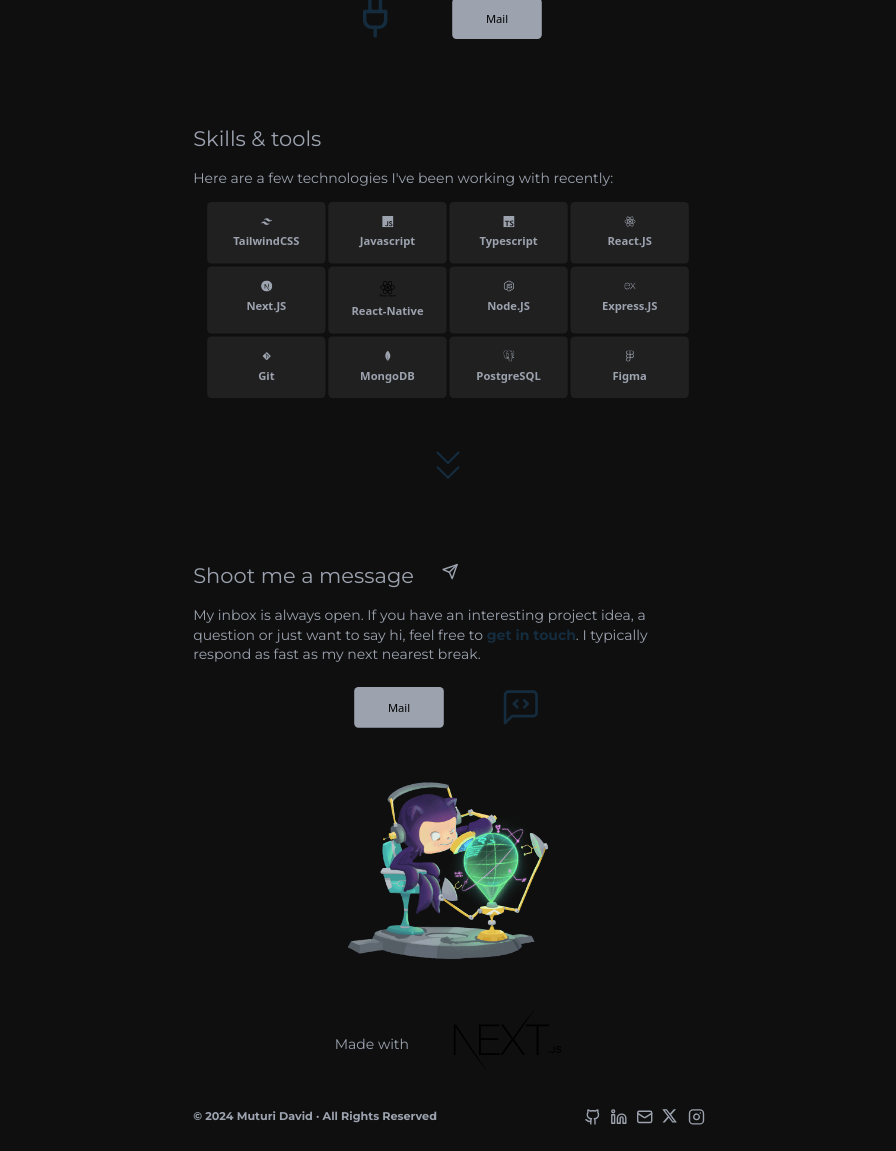
Repository: tushcmd/tushdev-portfolio
Page: /
These files come from the project's save history. The page is drawn as it stood at one moment and after the next save; the edit follows.
The browser window is 1280 px wide. The pictures show the part of the page from y = 992 to 2912 px (the page is 2636 px tall before and 2912 px after), at 70% of full size.
The project was rebuilt for these pictures with package versions that can differ from the ones it lists, and the page was loaded fresh each time. The framework's server and built-in components were replaced by stand-ins that run in the browser. Also part of the build but not shown: next.config.js.

Above is the page before, as saved 2024-05-26 05:54:26.

### app/layout.tsx
import type { Metadata } from 'next'
import { Inter } from 'next/font/google'
import './globals.css'


const inter = Inter({ subsets: ['latin'] })

export const metadata: Metadata = {
  metadataBase: new URL('https://tushdev.co/'),
  alternates: {
    canonical: 'https://tushdev.co/',
    languages: {
      'en-US': '/en-US',
      'de-DE': '/de-DE',
    },
  },
  title: 'Muturi | Web & Mobile developer',
  description: 'I am highly passionate about creating sleek and reliable software.',
  robots: 'index, follow',
  openGraph: {
    title: 'Muturi | Web & Mobile developer',
    description: 'Passionate web developer who loves creating sleek and reliable software.',
    url: 'https://tushdev.co/',
  }
}

export default function RootLayout({
  children,
}: {
  children: React.ReactNode
}) {
  return (
    <html lang="en">
      <body className={`{inter.className} bg-primary w-full overflo-y-visible overflow-x-hidden`} >{children}</body>
    </html>
  )
}

### app/page.tsx
import Navbar from './components/shared/nav';
import Hero from '@/app/components/hero';
import About from './components/about';
import Skills from '@/app/components/Skills/skills'

import GetInTouch from './components/getintouch';
import Footer from './components/shared/footer';
import Projects from './components/projects/projects';

export default function Page() {
  return (
    <main>
      <Navbar />
      <Hero />
      <About />
      <Skills />
      <GetInTouch />
      <Projects />
      <Footer />
    </main>
  );
}

### app/components/shared/nav.tsx
'use client';

import Link from 'next/link';
import { comfortaa } from '@/app/fonts';
import { useEffect } from 'react';

// Extracted styles
const styles = {
  comfortaa: `${comfortaa.className} antialiased text-4xl text-gray-400`,
  linkButton: `flex items-center gap-1 md:hover:bg-slate-200 rounded-md px-5 bg-white text-black font-medium py-[0.45rem]`,
};

export default function Navbar() {
  useEffect(() => {
    const handleScroll = () => {
      const header = document.getElementById('header');
      if (header && window.scrollY > 10) {
        header.classList.add('border-[#202020]');
        header.classList.add('border-b-2');
        header.classList.add('shadow-md');
      } else if (header) {
        header.classList.remove('border-[#202020]');
        header.classList.remove('border-b-2');
        header.classList.remove('shadow-md');
      }
    };

    window.addEventListener('scroll', handleScroll);
    return () => {
      window.removeEventListener('scroll', handleScroll);
    };
  }, []);

  return (
    <header id="header" className="fixed flex justify-center items-center w-full z-50 t-0 bg-[#0F0F0F]">
      <div className="flex items-start max-w-3xl py-3 w-full md:px-5 px-5 justify-between">
        <Link href="/" className={styles.comfortaa}>
          david<span>.</span>
        </Link>
        <div className="flex items-center gap-2">
          <a
            href="https://www.linkedin.com/in/tushdev/"
            target="_blank"
            rel="_noreferrer"
            className={styles.linkButton}
          >
            <svg
              stroke="currentColor"
              fill="currentColor"
              strokeWidth="0"
              viewBox="0 0 448 512"
              className="mt-[0.03rem]"
              height="1em"
              width="1em"
              xmlns="http://www.w3.org/2000/svg"
            >
              <path d="M416 32H31.9C14.3 32 0 46.5 0 64.3v383.4C0 465.5 14.3 480 31.9 480H416c17.6 0 32-14.5 32-32.3V64.3c0-17.8-14.4-32.3-32-32.3zM135.4 416H69V202.2h66.5V416zm-33.2-243c-21.3 0-38.5-17.3-38.5-38.5S80.9 96 102.2 96c21.2 0 38.5 17.3 38.5 38.5 0 21.3-17.2 38.5-38.5 38.5zm282.1 243h-66.4V312c0-24.8-.5-56.7-34.5-56.7-34.6 0-39.9 27-39.9 54.9V416h-66.4V202.2h63.7v29.2h.9c8.9-16.8 30.6-34.5 62.9-34.5 67.2 0 79.7 44.3 79.7 101.9V416z"></path>
            </svg>
            Connect
          </a>
        </div>
      </div>
    </header>
  );
}

{/*
'use client'

import Link from 'next/link';
import { comfortaa } from '@/app/fonts';
import { useEffect } from 'react';

export default function Navbar() {
  useEffect(() => {
    const handleScroll = () => {
      const header = document.getElementById('header');

      if (header && window.scrollY > 10) {
        header.classList.add('border-[#202020]')
        header.classList.add('border-b-2')
        header.classList.add('shadow-md');
      } else if (header) {
        header.classList.remove('border-[#202020]')
        header.classList.remove('border-b-2')
        header.classList.remove('shadow-md');
      }
    };

    window.addEventListener('scroll', handleScroll);

    return () => {
      window.removeEventListener('scroll', handleScroll);
    };
  }, []);

  return (
    <header id='header' className='fixed flex justify-center items-center w-full z-50 t-0 bg-[#0F0F0F]'>
      <div className='flex items-start max-w-3xl py-3 w-full md:px-5 px-5 justify-between'>
        <Link
          href='/'
          className={`${comfortaa.className} antialiased text-4xl text-gray-400`}
        >
          david<span>.</span>
        </Link>
        <div className='flex items-center gap-2'>
          <a
            href='https://www.linkedin.com/in/tushdev/'
            target='_blank'
            rel='_noreferrer'
            className='flex items-center gap-1 md:hover:bg-slate-200 rounded-md px-5 bg-white text-black font-medium py-[0.45rem]'
          >
            <svg
              stroke='currentColor'
              fill='currentColor'
              stroke-width='0'
              viewBox='0 0 448 512'
              className='mt-[0.03rem]'
              height='1em'
              width='1em'
              xmlns='http://www.w3.org/2000/svg'
            >
              <path d='M416 32H31.9C14.3 32 0 46.5 0 64.3v383.4C0 465.5 14.3 480 31.9 480H416c17.6 0 32-14.5 32-32.3V64.3c0-17.8-14.4-32.3-32-32.3zM135.4 416H69V202.2h66.5V416zm-33.2-243c-21.3 0-38.5-17.3-38.5-38.5S80.9 96 102.2 96c21.2 0 38.5 17.3 38.5 38.5 0 21.3-17.2 38.5-38.5 38.5zm282.1 243h-66.4V312c0-24.8-.5-56.7-34.5-56.7-34.6 0-39.9 27-39.9 54.9V416h-66.4V202.2h63.7v29.2h.9c8.9-16.8 30.6-34.5 62.9-34.5 67.2 0 79.7 44.3 79.7 101.9V416z'></path>
            </svg>
            Connect
          </a>
        </div>
      </div>
    </header>
  );
}

*/}

### app/components/hero.tsx
import { comfortaa } from '@/app/fonts';
import { montserrat } from '@/app/fonts';
import hero from '@/constants/hero';
import Image from "next/image";

// Extracted styles
const textStyles = {
  montserrat: `${montserrat.className} text-white`,
  comfortaa: `${comfortaa.className} text-[#D1D5DB] font-bold`,
};

const heroTextClasses = {
  heading: `${textStyles.montserrat} text-2xl py-6`,
  name: `${textStyles.comfortaa} text-5xl md:text-5xl pb-3`,
  paragraph: `${textStyles.montserrat} text-4xl md:text-4xl`,
};

const containerClasses = 'max-w-3xl mx-auto px-5 md:px-5';

export default function Hero() {
  return (
    <div className={containerClasses}>
      <section className='relative flex flex-col-reverse md:flex-row justify-center items-center h-screen md:py-16 py-6 overflow-auto'>
        <div>
          <div className='flex flex-col items-start justify-between py-6 w-full'>
            <p className={heroTextClasses.heading}>Hi there, I&apos;m</p>
            <h6 className={heroTextClasses.name}>{hero.name}</h6>
            <p className={heroTextClasses.paragraph}>{hero.paragraph}</p>
          </div>
          <div className='flex flex-row pt-3 md:py-5 py-10 w-full justify-center space-x-12 md:space-x-20'>
            <svg
              xmlns='http://www.w3.org/2000/svg'
              width='60'
              height='60'
              viewBox='0 0 24 24'
              fill='none'
              stroke='#142c3e'
              strokeWidth='2'
              strokeLinecap='round'
              strokeLinejoin='round'
              className='lucide lucide-terminal'
            >
              <polyline points='4 17 10 11 4 5' />
              <line x1='12' x2='20' y1='19' y2='19' />
            </svg>
            <div className='flex items-center gap-2'>
              <a
                href='https://drive.google.com/file/d/1Fc9oeqVXjbyWMcWTrOqMmTOxY1JUjsOX/view?usp=sharing'
                target='_blank'
                rel='_noreferrer'
                className='flex items-center gap-1 md:hover:bg-slate-200 rounded-md px-12 bg-gray-400 text-black font-medium py-[1.08rem]'
              >
                View Resume
              </a>
            </div>
          </div>
        </div>
        <div>
          <Image src="/dark-thin.png" alt="tush coding" width={300} height={300} />
        </div>
      </section>
    </div>
  );
}

{/*

import { comfortaa } from '@/app/fonts';
import { montserrat } from '@/app/fonts';
import hero from '@/constants/hero';
import Image from "next/image";

export default async function Hero() {
  return (
    <section className='relative flex flex-col-reverse md:flex-row justify-center items-center h-screen md:py-16 py-6 overflow-auto'>
      <div>
        <div className='flex items-start flex-col max-w-3xl py-6 w-full md:px-5 px-5 justify-between'>
          <p className={`${montserrat.className} text-3xl text-white py-6`}>
            Hi there, I&apos;m
          </p>
          <h6
            className={`${comfortaa.className} text-5xl md:text-8xl text-[#D1D5DB] text-bold pb-3`}
          >
            {hero.name}
          </h6>
          <p
            className={`${montserrat.className} text-4xl md:text-6xl text-white`}
          >
            {hero.paragraph}
          </p>
        </div>
        <div className='flex flex-row md:max-w-3xl pt-3 md:py-5 py-10 w-full md:px-5 px-5 justify-center space-x-12 md:space-x-20'>
          <svg
            xmlns='http://www.w3.org/2000/svg'
            width='60'
            height='60'
            viewBox='0 0 24 24'
            fill='none'
            stroke='#142c3e'
            stroke-width='2'
            stroke-linecap='round'
            stroke-linejoin='round'
            className='lucide lucide-terminal'
          >
            <polyline points='4 17 10 11 4 5' />
            <line x1='12' x2='20' y1='19' y2='19' />
          </svg>
          <div className='flex items-center gap-2'>
            <a
              href='https://drive.google.com/file/d/1Fc9oeqVXjbyWMcWTrOqMmTOxY1JUjsOX/view?usp=sharing'
              target='_blank'
              rel='_noreferrer'
              className='flex items-center gap-1 md:hover:bg-slate-200 rounded-md px-12 bg-gray-400 text-black font-medium py-[1.08rem]'
            >
              View Resume
            </a>
          </div>
        </div>
      </div>
      <div>
        <Image
          src="/dark-thin.png"
          alt="tush coding"
          width={300}
          height={300}
        />
      </div>
    </section>
  );
}

*/}

### app/components/about.tsx
import { montserrat } from '@/app/fonts';
import about from '@/constants/about';

// Extracted styles
const textStyles = {
  montserrat: `${montserrat.className} text-gray-400`,
};

const textClasses = {
  heading: `${textStyles.montserrat} text-2xl md:text-3xl pb-6`,
  paragraph: `${textStyles.montserrat} text-base md:text-xl`,
  info: `${textStyles.montserrat} text-base md:text-xl py-6 items-center`,
};

const containerClasses = 'max-w-3xl mx-auto px-5 md:px-5';

export default function About() {
  return (
    <section className='relative flex flex-col justify-center items-center'>
      <div className={`flex flex-col items-start justify-between pb-10 w-full ${containerClasses}`}>
        <h2 className={textClasses.heading}>About Me</h2>
        <p className={textClasses.paragraph}>
          I&apos;m {about.paragraph} <br /> {about.paragraph2}
        </p>
        <i className={textClasses.info}>
          ⓘ this dev has a goal to create software used by millions
        </i>
        <div className='flex flex-row pt-3 md:py-5 py-10 w-full justify-center space-x-12 md:space-x-20'>
          <svg
            xmlns='http://www.w3.org/2000/svg'
            width='60'
            height='60'
            viewBox='0 0 24 24'
            fill='none'
            stroke='#142c3e'
            strokeWidth='2'
            strokeLinecap='round'
            strokeLinejoin='round'
            className='lucide lucide-plug'
          >
            <path d='M12 22v-5' />
            <path d='M9 8V2' />
            <path d='M15 8V2' />
            <path d='M18 8v5a4 4 0 0 1-4 4h-4a4 4 0 0 1-4-4V8Z' />
          </svg>
          <div className='flex items-center gap-2'>
            <a
              href='mailto:muturidavid854@gmail.com'
              target='_blank'
              rel='_noreferrer'
              className='flex items-center gap-1 md:hover:bg-slate-200 text-xm md:text-base rounded-md px-12 bg-gray-400 text-black font-medium py-[1.08rem]'
            >
              Mail
            </a>
          </div>
        </div>
      </div>
    </section>
  );
}

{/*

import { montserrat } from '@/app/fonts'
import about from '@/constants/about';

export default async function About() {
  return (
    <section className='relative flex flex-col justify-center items-center'>
      <div className='flex items-start flex-col md:max-w-3xl pb-10 w-full md:px-5 px-5 justify-between'>
        <h2
          className={`${montserrat.className} text-gray-400 text-2xl md:text-3xl pb-6`}
        >
          About Me
        </h2>
        <p className={`${montserrat.className} text-gray-400 text-base md:text-xl`}>
          I&apos;m {about.paragraph} <br />
          {about.paragraph2}
        </p>
        <i className={`${montserrat.className} text-gray-400 text-base md:text-xl py-6 items-center}`}>ⓘ this dev is subscribed to fireship on YouTube </i>
        <div className='flex flex-row md:max-w-3xl pt-3 md:py-5 py-10 w-full md:px-5 px-5 justify-center space-x-12 md:space-x-20'>
          <svg
            xmlns='http://www.w3.org/2000/svg'
            width='60'
            height='60'
            viewBox='0 0 24 24'
            fill='none'
            stroke='#142c3e'
            stroke-width='2'
            stroke-linecap='round'
            stroke-linejoin='round'
            className='lucide lucide-plug'
          >
            <path d='M12 22v-5' />
            <path d='M9 8V2' />
            <path d='M15 8V2' />
            <path d='M18 8v5a4 4 0 0 1-4 4h-4a4 4 0 0 1-4-4V8Z' />
          </svg>
          <div className='flex items-center gap-2'>
            <a
              href='mailto:muturidavid854@gmail.com'
              target='_blank'
              rel='_noreferrer'
              className='flex items-center gap-1 md:hover:bg-slate-200 text-xm md:text-base rounded-md px-12 bg-gray-400 text-black font-medium py-[1.08rem]'
            >
              Mail
            </a>
          </div>
        </div>
      </div>
    </section>
  );
}
*/}

### app/components/Skills/skills.tsx
import { montserrat } from '../../fonts';
import { skills } from './SkillsList.js';

// Extracted styles
const textStyles = {
  montserrat: `${montserrat.className} text-gray-400`,
};

const textClasses = {
  heading: `${textStyles.montserrat} text-2xl md:text-3xl pb-6`,
  paragraph: `${textStyles.montserrat} text-base md:text-xl`,
};

const containerClasses = 'max-w-3xl mx-auto px-5 md:px-5';

export default async function Skills() {
  return (
    <section className='relative flex flex-col justify-center items-center pt-3 md:py-6'>
      <div className={`flex flex-col items-start justify-between py-10 w-full ${containerClasses}`}>
        <h2 className={textClasses.heading}>Skills &#x26; tools</h2>
        <p className={textClasses.paragraph}>
          Here are a few technologies I&apos;ve been working with recently:
        </p>
        <div className='px-5 mb-5 w-full'>
          <ul className='grid grid-cols-2 gap-1 mt-5 md:grid-cols-4'>
            {skills.map((skill) => {
              const { title, icon } = skill;
              return (
                <li
                  key={skill.id}
                  className='flex flex-col items-center gap-2 p-5 font-semibold rounded-md text-gray-400 bg-[#202020] opacity-1 transform scale-100 translate-x-0 translate-y-0'
                >
                  {icon}
                  {title}
                </li>
              );
            })}
          </ul>
        </div>
        <div className='justify-center flex w-full py-10'>
          <svg
            xmlns='http://www.w3.org/2000/svg'
            width='72'
            height='72'
            viewBox='0 0 24 24'
            fill='none'
            stroke='#142c3e'
            strokeWidth='1'
            strokeLinecap='round'
            strokeLinejoin='round'
            className='lucide lucide-chevrons-down'
          >
            <path d='m7 6 5 5 5-5' />
            <path d='m7 13 5 5 5-5' />
          </svg>
        </div>
      </div>
    </section>
  );
}

{/*


  import { montserrat } from '../../fonts';
import { skills } from './SkillsList.js';

export default async function Skills() {
  return (
    <section className='relative flex flex-col justify-center items-center pt-3 md:py-6'>
      <div className='flex items-start flex-col md:max-w-3xl py-10 w-full md:px-5 px-5 justify-between'>
        <h2
          className={`${montserrat.className} text-gray-400 text-2xl md:text-3xl pb-6`}
        >
          Skills &#x26; tools
        </h2>
        <p
          className={`${montserrat.className} text-gray-400 text-base md:text-xl`}
        >
          Here are a few technologies I&apos;ve been working with recently:
        </p>
        <div className='px-5 mb-5 w-full'>
          <ul className='grid grid-cols-2 gap-1 mt-5 md:grid-cols-4'>
            {skills.map((skill) => {
              const { title, icon } = skill;
              return (
                <li
                  key={skill.id}
                  className='flex flex-col items-center gap-2 p-5 font-semibold rounded-md text-gray-400 bg-[#202020] opacity-1 transform scale-100 translate-x-0 translate-y-0'
                >
                  {icon}
                  {title}
                </li>
              );
            })}
          </ul>
        </div>
        <div className='justify-center flex w-full py-10'>
          <svg
            xmlns='http://www.w3.org/2000/svg'
            width='72'
            height='72'
            viewBox='0 0 24 24'
            fill='none'
            stroke='#142c3e'
            stroke-width='1'
            stroke-linecap='round'
            stroke-linejoin='round'
            className='lucide lucide-chevrons-down'
          >
            <path d='m7 6 5 5 5-5' />
            <path d='m7 13 5 5 5-5' />
          </svg>
        </div>
      </div>
    </section>
  );
}

*/}

### app/components/projects/projects.tsx
import Image from "next/image";

export default function Projects() {
    return (
        <section className='relative flex flex-col justify-center items-center'>
            <Image
                src="/dark-thin.png"
                alt="tush coding"
                width={300}
                height={300}
            />

        </section>
    );
}

### app/fonts.ts
import { Inter, Comfortaa, Open_Sans, Montserrat } from 'next/font/google';

export const inter = Inter({ subsets: ['latin'] });

export const comfortaa = Comfortaa({
  weight: ['400', '700'],
  subsets: ['latin'],
});

export const opensans = Open_Sans({
    weight: ['300', '400', '500', '600', '700', '800'],
    subsets: ['latin']
});

export const montserrat = Montserrat({
  weight: ['300', '400', '500', '600', '700', '800'],
  subsets: ['latin'],
});

### constants/hero.ts
interface Hero {
    greet: string;
    name: string;
    paragraph: string;
}

const hero: Hero = {
    greet: 'Hi there, I am',
    name: 'Muturi David',
    paragraph: `I build web and mobile
    apps`,
};

export default hero;

### constants/about.ts
interface About {
  paragraph: string;
  paragraph2: string;
}

const about: About = {
  paragraph: ' highly passionate about creating sleek and reliable software.',
  paragraph2:
    'I aim at perfecting in building scalable products with high perfomance experiences. I enjoy creating beautiful websites and apps with modern UI/UX.',
};

export default about;

### tailwind.config.ts
import type { Config } from 'tailwindcss'

const config: Config = {
  content: [
    './pages/**/*.{js,ts,jsx,tsx,mdx}',
    './components/**/*.{js,ts,jsx,tsx,mdx}',
    './app/**/*.{js,ts,jsx,tsx,mdx}',
  ],
  theme: {
    extend: {
      colors: {
        primary: "#0F0F0F",
        heading: "#FFFFFF",
        dimGray: "D1D5DB",
        iconBg: '#9CA3AF',
        iconText: '202020',
      },
      screens: {
        sm: '480px',
        md: '768px',
        lg: '976px',
        xl: '1440px',
      },
    },
  },
  plugins: [],
}
export default config

Loaded but not shown: app/globals.css (common file); app/components/Skills/SkillsList.js (88 lines, source omitted); app/components/shared/footer.tsx (151 lines, source omitted); app/components/getintouch.tsx (150 lines, source omitted)

After the next save:
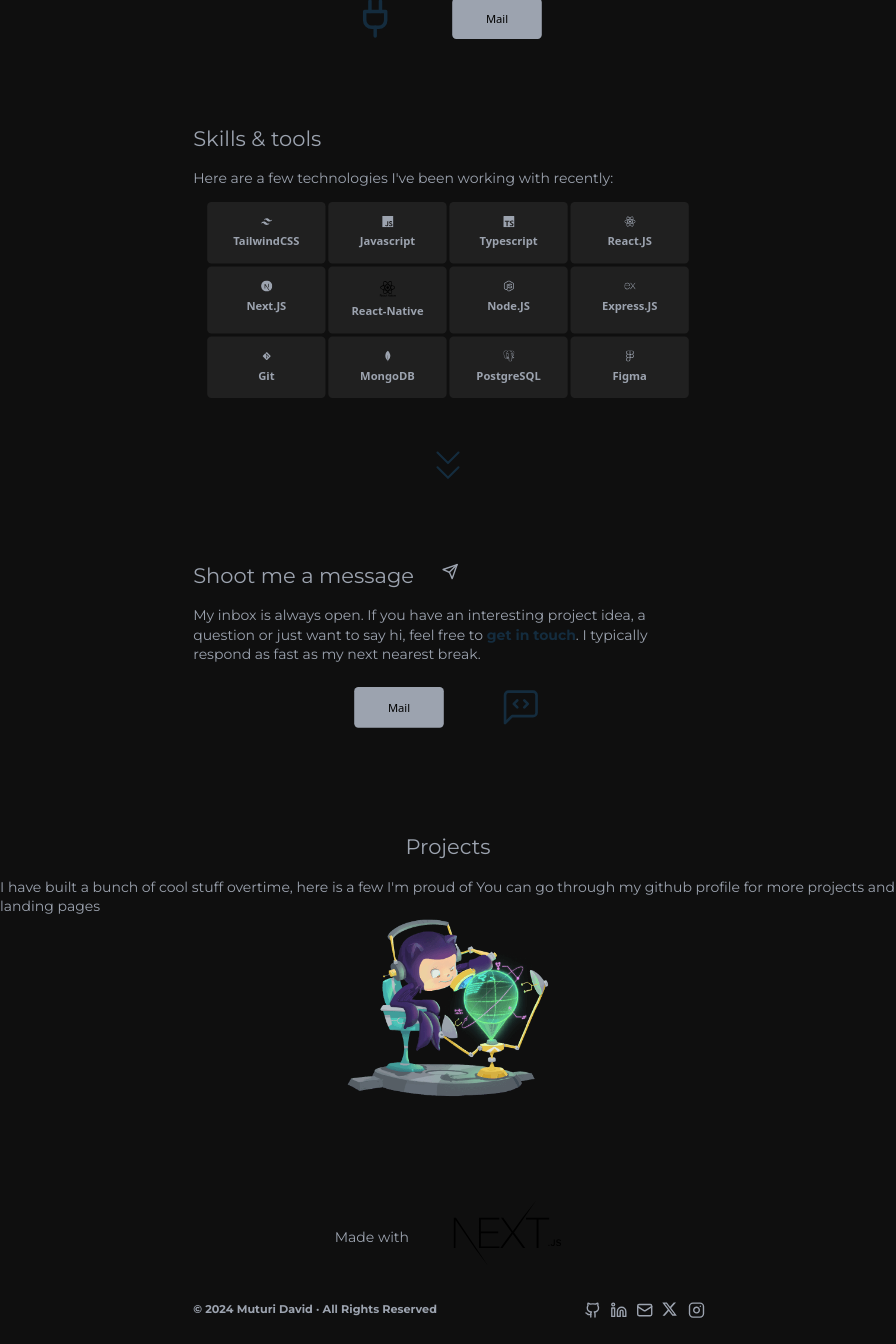
Saved 8 min 23 s later.
--- a/app/components/projects/projects.tsx
+++ b/app/components/projects/projects.tsx
@@ -1,8 +1,25 @@
 import Image from "next/image";
+import { montserrat } from '../../fonts';
+
+
+const textStyles = {
+    montserrat: `${montserrat.className} text-gray-400`,
+};
+
+const textClasses = {
+    heading: `${textStyles.montserrat} text-2xl md:text-3xl pb-6`,
+    paragraph: `${textStyles.montserrat} text-base md:text-xl`,
+};
 
 export default function Projects() {
     return (
-        <section className='relative flex flex-col justify-center items-center'>
+        <section className='relative flex flex-col justify-center items-center py-20'>
+            <h2 className={textClasses.heading}>Projects</h2>
+            <p className={textClasses.paragraph}>
+                I have built a bunch of cool stuff overtime, here is a few I&apos;m proud of
+                You can go through my github profile for more projects and landing pages
+
+            </p>
             <Image
                 src="/dark-thin.png"
                 alt="tush coding"
